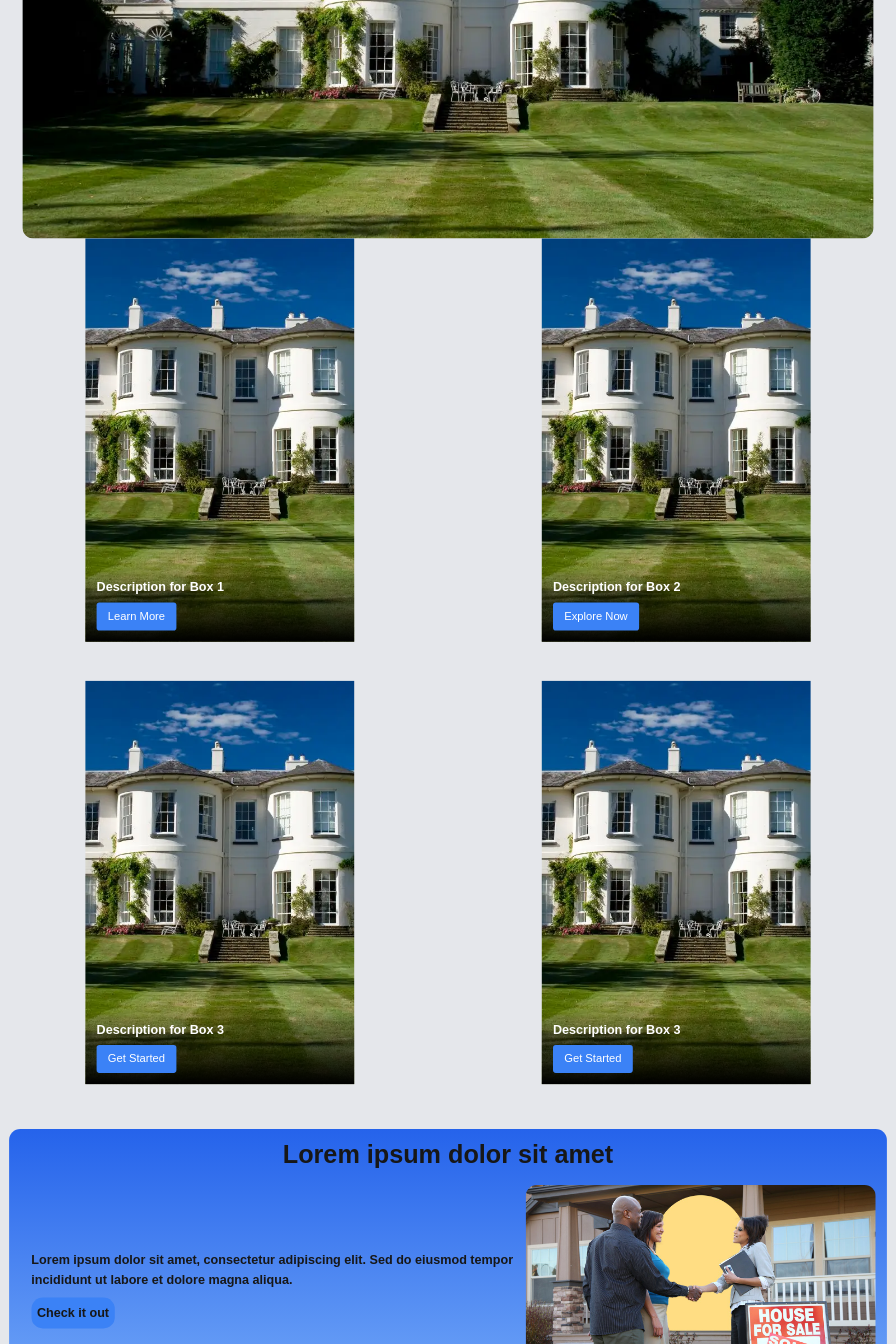
Repository: TMuse333/single-page-real-estate
Page: / (app in frontend/)
An editor plug-in stored every save of this project. The page is shown before and after the next save, followed by the edit.
The browser window is 1280 px wide. The pictures show the part of the page from y = 1214 to 3134 px (the page is 7208 px tall), at 70% of full size.
The project was rebuilt for these pictures with package versions that can differ from the ones it lists, and the page was loaded fresh each time. The framework's server and built-in components were replaced by stand-ins that run in the browser. Also part of the build but not shown: frontend/next.config.mjs.

Above is the page before, as saved 2024-12-05 16:29:59.

### frontend/src/app/layout.tsx
import { ContextProvider } from "@/context/context";
import type { Metadata } from "next";
import localFont from "next/font/local";
import "./globals.css";

const geistSans = localFont({
  src: "./fonts/GeistVF.woff",
  variable: "--font-geist-sans",
  weight: "100 900",
});
const geistMono = localFont({
  src: "./fonts/GeistMonoVF.woff",
  variable: "--font-geist-mono",
  weight: "100 900",
});

export const metadata: Metadata = {
  title: "Bonnie Hutchins",
  description: "A sample website for Bonnie Hutchins",
};

export default function RootLayout({
  children,
}: Readonly<{
  children: React.ReactNode;
}>) {
  return (
    <html lang="en">
      <ContextProvider>


      <body
        className={`${geistSans.variable} ${geistMono.variable} antialiased`}
      >
        {children}
      </body>
      </ContextProvider>
    </html>
  );
}

### frontend/src/app/page.tsx
"use client"


import AuroraHero from "../components/auroraHero/auroraHero";
import CountUpStats from "../components/countUpStats/countUpStats";
import ExperienceCard from "../components/experienceCard/experienceCard";
import { experienceCard1, experienceCard2 ,experienceCard3,
 displayBox1, displayBox2,blogData, closingStatement, contactCard,
interactiveBoxes} from "@/data/data";
// import ImageTextBox from "./components/imageTextBox/imageTextBox";
import DisplayBoxes from "../components/displayBox/displayBox";
import Testimonials from "../components/testimonials/testimonials";
import ScrollCarousel from "../components/scrollCarousel/scrollCarousel";
import Closer from "../components/closer/closer";
import BigNav from "../components/navbar/bigNav";
import Footer2 from "../components/footer/footer";
import ContactCard from "../components/contactCard/contactCard";
import Herobanner from "@/components/herobanner/herobanner";
import home from '../../public/home.webp'
import ScaleImage from "@/components/scaleImage/scaleImage";
import InteractiveBoxes from "@/components/interactiveDisplayBox/interactiveDisplayBox";
export default function Home() {
  return (
    <>

   <main className="relative w-screen overflow-x-hidden
   bg-gray-200 ">
   <BigNav
    excludedLink=""
    />
    {/* <AuroraHero/> */}
    <Herobanner/>
    <CountUpStats
    number1="45"
    number2="15.5"
    number3="20"/>

    <ScaleImage
    src={home.src}
    alt={'slat'}
    />

    <InteractiveBoxes
    boxes={interactiveBoxes}
    />

{/* <ExperienceCard
    {...experienceCard2}
    />

    <DisplayBoxes
    data={displayBox1}
    /> */}



<ExperienceCard
    {...experienceCard3}
    />



    <DisplayBoxes
    data={displayBox2}
    />

  <ExperienceCard
    {...experienceCard1}
    />

    <Testimonials/>

    <ScrollCarousel
    images={blogData}
    bgImage
    />



    <Closer
    {...closingStatement}
    />

<ContactCard
    {...contactCard}
    />

    <Footer2
    excludedLink=""
    />


   </main>
   </>
  );
}

### frontend/src/context/context.tsx
"use client"

import React, { createContext, useState, useContext, ReactNode, useEffect } from 'react';

// Define the type for the context value
interface GeneralContextType {

  isMobile: boolean;
  setIsMobile: React.Dispatch<React.SetStateAction<boolean>>;
  heroInView: boolean;
  setHeroInView: React.Dispatch<React.SetStateAction<boolean>>;


}

// Create the context
export const GeneralContext = createContext<GeneralContextType | undefined>(undefined);

// Create a provider component
export const ContextProvider: React.FC<{ children: ReactNode }> = ({ children }) => {
  // Initialize the value state


  // Detect mobile devices
  const [isMobile, setIsMobile] = useState<boolean>(true);

const [heroInView, setHeroInView] = useState(true)





  useEffect(() => {
    const handleScroll = () => {
      if (typeof window !== 'undefined') {
        setIsMobile(window.innerWidth <= 865);
      }
    };

    if (typeof window !== 'undefined') {
      window.addEventListener('scroll', handleScroll);
      handleScroll(); // Initial check
    }

    return () => {
      if (typeof window !== 'undefined') {
        window.removeEventListener('scroll', handleScroll);
      }
    };
  }, []);


  useEffect(() => {
    console.log('is mobile', isMobile);
  }, [isMobile]);

  const contextValue = {

    isMobile,
    setIsMobile,
    heroInView, setHeroInView

  };

  return <GeneralContext.Provider value={contextValue}>{children}</GeneralContext.Provider>;
};

export const useGeneralContext = (): GeneralContextType => {
  const context = useContext(GeneralContext);
  if (!context) {
    throw new Error('useGeneralContext must be used within a ContextProvider');
  }
  return context;
};

### frontend/src/components/countUpStats/countUpStats.tsx
"use client"
import React, {useRef} from "react";
import CountUp from "react-countup";
import { useInView} from 'framer-motion'

interface Props {
  number1: string;
  number2: string;
  number3: string;
}

const CountUpStats: React.FC<Props> = ({ number1, number2, number3 }) => {

    const ref = useRef(null)
    const inView = useInView(ref,{
        once:true
    })
  return (
    <>
    <section   ref={ref}
    className="mx-auto w-screen max-w-[1200px]
    text-black">
         <h2 className="text-center px-4 font-bold text-2xl sm:text-3xl
         my-12">Lorem ipsum dolor sit amet consectetur adipisicing elit. Possimus, iusto?</h2>
         <p className="font-semibold px-4">
            Lorem ipsum dolor sit amet, consectetur adipisicing elit. Maxime enim dolore autem vitae, neque deserunt itaque minus officia modi repudiandae culpa hic explicabo mollitia rerum dolorem impedit, delectus, voluptatem facilis deleniti perferendis consectetur. Distinctio possimus, asperiores eius quos natus blanditiis. Dolore officiis voluptates architecto at temporibus. Omnis eaque rerum praesentium!
         </p>

    <section

      className="flex mx-auto flex-col justify-center items-center mt-4
      md:flex-row font-semibold"
    >

      {/* Number 1 */}
      <div className="text-2xl mb-6 flex flex-col
      justify-center md:flex-row items-start ">
        <CountUp start={0}
          end={inView ? parseInt(number1) : 0}
         duration={2} />
         &nbsp; millions sold
         <div className="w-[50vw] h-[5px] bg-black mb-6
      md:h-[50px] md:w-[5px] mx-4 " />
      </div>

      {/* Divider */}


      {/* Number 2 */}
      <div className="text-2xl mb-6 flex flex-col
      justify-center md:flex-row items-start ">
        <CountUp start={0}
          end={inView ? parseInt(number2) : 0}
         duration={2} />
         &nbsp; years of experience
         <div className="w-[50vw] h-[5px] bg-black mb-6
      md:h-[50px] md:w-[5px] mx-4 " />
      </div>

      {/* Number 3 */}
      <div className="text-2xl mb-6 flex flex-col
      justify-center md:flex-row items-start mb-auto">
        <CountUp start={0}
          end={inView ? parseInt(number3) : 0}
         duration={2} />
         +&nbsp; happy clients

      </div>
    </section>
    </section>

    <div className="w-[80vw] max-w-[1200px]
    mx-auto h-[5px] bg-black"
    />

    </>
  );
};

export default CountUpStats;

### frontend/src/components/displayBox/displayBox.tsx
import React from "react";
import Image from 'next/image'
import Link from "next/link";


interface ElementProps {
    title:string,
    src:string,
    alt:string,
    description:string,
    buttonText:string,
    destination:string
}

const Element:React.FC<ElementProps> = ({
    title,src,alt,description,buttonText,
    destination
}) => {

    return (
        <section className="w-[90vw] mx-auto flex
        mt-2
        flex-col justify-center items-center relative

        sm:w-[45vw] max-w-[500px] mb-8">
            <h2 className="text-white text-center
            text-2xl mb-4 font-semibold">{title}</h2>
            <Image
            src={src}
            alt={alt}
            width={600}
            height={1300}
            className='w-[40vw]  h-[20vw]
            max-h-[150px] mx-auto object-contain
            max-w-[200px] bg-gray-300 rounded-2xl'
            />
            <p className="text-white my-4 font-semibold">{description}</p>
            <button className="bg-[#00bfff]
            p-2 rounded-2xl text-white">
                <Link href={destination}>
                    {buttonText}
                </Link>
            </button>


        </section>

    )
}

interface DisplayBoxProps {
    data:ElementProps[]
}

    const DisplayBoxes:React.FC<DisplayBoxProps> = ({
        data
    }) => {

        return (
            <section className="w-screen relative
            bg-gradient-to-b from-blue-400 to-blue-300 "
            >


            <section className="flex flex-col
            sm:grid grid-cols-2 justify-center
            items-center max-w-[1200px]
            mx-auto bg-gradient-to-b from-blue-400 to-blue-300
             pt-5">
                <div className="absolute
                top-1/2 w-full
                 sm:top-0
                left-1/2 -translate-x-1/2 h-[5px]
                 md:h-full
                sm:w-[5px] bg-white"/>
                {data.map((data, index) => (
                    <Element
                    {...data}
                    key={index}
                    />
                ))}
            </section>
            </section>

        )
    }


    export default DisplayBoxes

### frontend/src/components/contactCard/contactCard.tsx
import Image from "next/image";
import Link from "next/link";
import React from "react";



interface Props {
    src:string,
    alt:string,
    name:string,
    title:string
    description:string,
    quote:string
    phone:string,
    email:string,
    socials:{
        src:string,
        destination:string,
        alt:string
    }[]
}


const ContactCard:React.FC<Props> = ({
    src,alt,name,
    phone,email,socials,title,quote
}) => {


    return (
        <section className="mx-auto flex flex-col
        md:flex-row max-w-[1200px] my-12">
            <section className="text-center
            md:w-[33vw] max-w-[400px]">
                <h3 className="mb-2 font-bold
                text-3xl">{name}</h3>
                <h4 className="mb-2 font-semibold
                whitespace-pre-line">{title}</h4>
                <p className="mb-2 px-4">{quote}</p>
            </section>
            <section className="md:w-[33vw] max-w-[400px]">
                <Image
                src={src}
                alt={alt}
                className='w-[70vw]
                object-contain mx-auto
                max-w-[200px] hax-h-[250px]'
                width={600}
                height={1300}
                />
            </section>
            <section className="text-center  md:w-[33vw] max-w-[400px]">
                <h3 className="mb-2 text-2xl font-semibold">Contact Information</h3>
                <p className="mb-2 font-semibold">{phone}</p>
                <p className="mb-2 font-semibold whitespace-pre-line

                leading-6">{email}</p>
                {/* <ul className="flex items-center w-full
                ">
                    {socials.map((social,index)=>(
                        <li className="mx-auto"
                        key={index}
                        >
                            <Image
                            src={social.src}
                            alt={social.alt}
                            className='w-[100px]
                            object-contain'
                            width={600}
                            height={1300}
                            />
                            <Link
                            href={social.destination}
                            />
                        </li>
                    ))}
                </ul> */}
            </section>

        </section>
    )
}

export default ContactCard

### frontend/src/components/herobanner/herobanner.tsx
import Image from "next/image";
// import Link from "next/link";
import React from "react";
// import tom from '../../../public/thomas-full-body-1-nogb.png'
// import full from '../../../public/smile-tom.png'
import side from '../../../public/placeholder.png'
import home from '../../../public/home.webp'
import { TypeWriter } from "../typeWriter/typeWriter";
// import half from '../../../public/smiley-tom-half.png'
const Herobanner = () => {

    return (


       <header className="flex flex-col md:flex-row
       md:h-screen relative items-center
       mx-auto max-w-[2200px] text-black
       md:mt-[-4rem]  bg-gray-300"
    //    style={{
    //     background: 'radial-gradient(circle, #00bfff -150%, rgba(0, 191, 255, 0%) 80%)'
    //   }}
      >

        <section className="flex flex-col
        md:w-[50vw] justify-center
        items-center bg-gray-300 py-4">
             <h2 className="mx-auto p-3
             text-center
           text-lg mt-4 font-semibold ">
           Lorem ipsum, dolor sit amet consectetur adipisicing.

            </h2>


            <Image
            src={side}


            height={600}
            width={1300}
            alt='A full body image of Thomas Musial'
            className="w-[80vw] h-[20vh] object-contain mx-auto
           rounded-full bg-gray-600 sm:bg-transparent

            "
            />
            <h1 className="font-semibold
            text-5xl sm:text-6xl md:text-7xl
             mt-4 text-center md:text-start md:pl-6">John doe</h1>
            <p className="mx-auto p-6 font-semibold
            text-xl">
              Lorem ipsum dolor, sit amet consectetur adipisicing elit. Expedita ut aliquam consequuntur perspiciatis natus debitis quam neque dolorum dolorem labore?
            </p>
            <TypeWriter
            />
            {/* <section className="flex mr-auto ml-6">
                <button className="bg-[#00bfff] p-3
                rounded-2xl mr-6">Contact</button>
                <button className="bg-[#00bfff] p-3
                rounded-2xl mr-6">View listings</button>
            </section> */}
            </section>

            <Image
            src={home}


            height={600}
            width={1300}
            alt='A full body image of Thomas Musial'
            className="w-[98vw] md:w-[48vw]  rounded-2xl  object-cover mx-auto
 bg-gray-300  md:block h-[80vh] mt-auto mb-auto


            "
            />






       </header>
    )
}

export default Herobanner

### frontend/src/components/scaleImage/scaleImage.tsx
import Image from "next/image";
import React, { useRef } from "react";
import { motion, useInView, useTransform, useScroll } from "framer-motion";

interface Props {
  src: string;
  alt: string;
}

const ScaleImage: React.FC<Props> = ({ src, alt }) => {
  const ref = useRef(null); // Ref for detecting the viewport visibility
  const isInView = useInView(ref, { margin: "-50%" }); // Trigger when at least 50% of the element is in view

  const { scrollYProgress } = useScroll({
    target: ref,
    offset: ["start end", "end start"], // Start animating when it enters and ends when it leaves
  });

  // Scale from 20vw by 20vw to full width/height
  const scale = useTransform(scrollYProgress, [0.3, 0.45], [0.4, 1]);

  return (
    <section
      ref={ref}
      className="relative w-[95vw] mx-auto h-screen overflow-hidden
      md:h-[80vh]"
    >
      <motion.div
        style={{
          scale, // Bind the scale transform to the scroll progress
        }}
        className="absolute w-full h-full "
      >
        <Image
          src={src}
          alt={alt}
          className="object-cover w-full h-full
          rounded-2xl"
          width={600}
          height={1300}
        />
      </motion.div>
    </section>
  );
};

export default ScaleImage;

### frontend/src/components/interactiveDisplayBox/interactiveDisplayBox.tsx
import Image from "next/image";
import React from "react";

// Define the type for the InteractiveBox component props
interface InteractiveBoxProps {
  src: string;
  alt: string;
  description: string;
  button: string;
}

// InteractiveBox component
const InteractiveBox: React.FC<InteractiveBoxProps> = ({
  src,
  alt,
  description,
  button,
}) => {
  return (
    <div className="relative w-[90vw] sm:w-[45vw] lg:w-[30vw] mx-auto mb-8
    h-[80vh]">
     <Image
     className="absolute h-full w-full
     object-cover"
     src={src}
     alt={alt}
     width={600}
     height={1300}
     />
      <div className="absolute bottom-0 left-0 right-0 p-4 bg-gradient-to-t from-black to-transparent">
        <h3 className="text-white text-lg font-semibold">{description}</h3>
        <button className="mt-2 bg-blue-500 text-white px-4 py-2 rounded">
          {button}
        </button>
      </div>
    </div>
  );
};

// Define the type for the InteractiveBoxes component props
interface InteractiveBoxesProps {
  boxes: InteractiveBoxProps[];
}

// InteractiveBoxes component
const InteractiveBoxes: React.FC<InteractiveBoxesProps> = ({ boxes }) => {
  return (
    <div className="grid grid-cols-1 md:grid-cols-2 gap-6">
      {boxes.map((box, index) => (
        <InteractiveBox
          key={index}
          src={box.src}
          alt={box.alt}
          description={box.description}
          button={box.button}
        />
      ))}
    </div>
  );
};

// Example usage in an App component


export default InteractiveBoxes;

Loaded but not shown: frontend/src/app/globals.css (common file); frontend/tailwind.config.ts (common file); frontend/src/components/navbar/bigNav.tsx (512 lines, source omitted); frontend/src/data/data.ts (202 lines, source omitted); frontend/src/components/experienceCard/experienceCard.tsx (191 lines, source omitted); frontend/src/components/testimonials/testimonials.tsx (127 lines, source omitted); frontend/src/components/scrollCarousel/scrollCarousel.tsx (161 lines, source omitted); frontend/src/components/footer/footer.tsx (178 lines, source omitted); frontend/src/components/typeWriter/typeWriter.tsx (129 lines, source omitted); frontend/src/components/slidingText/slidingText.tsx (85 lines, source omitted); frontend/src/components/closer/closer.tsx (107 lines, source omitted)

After the next save:
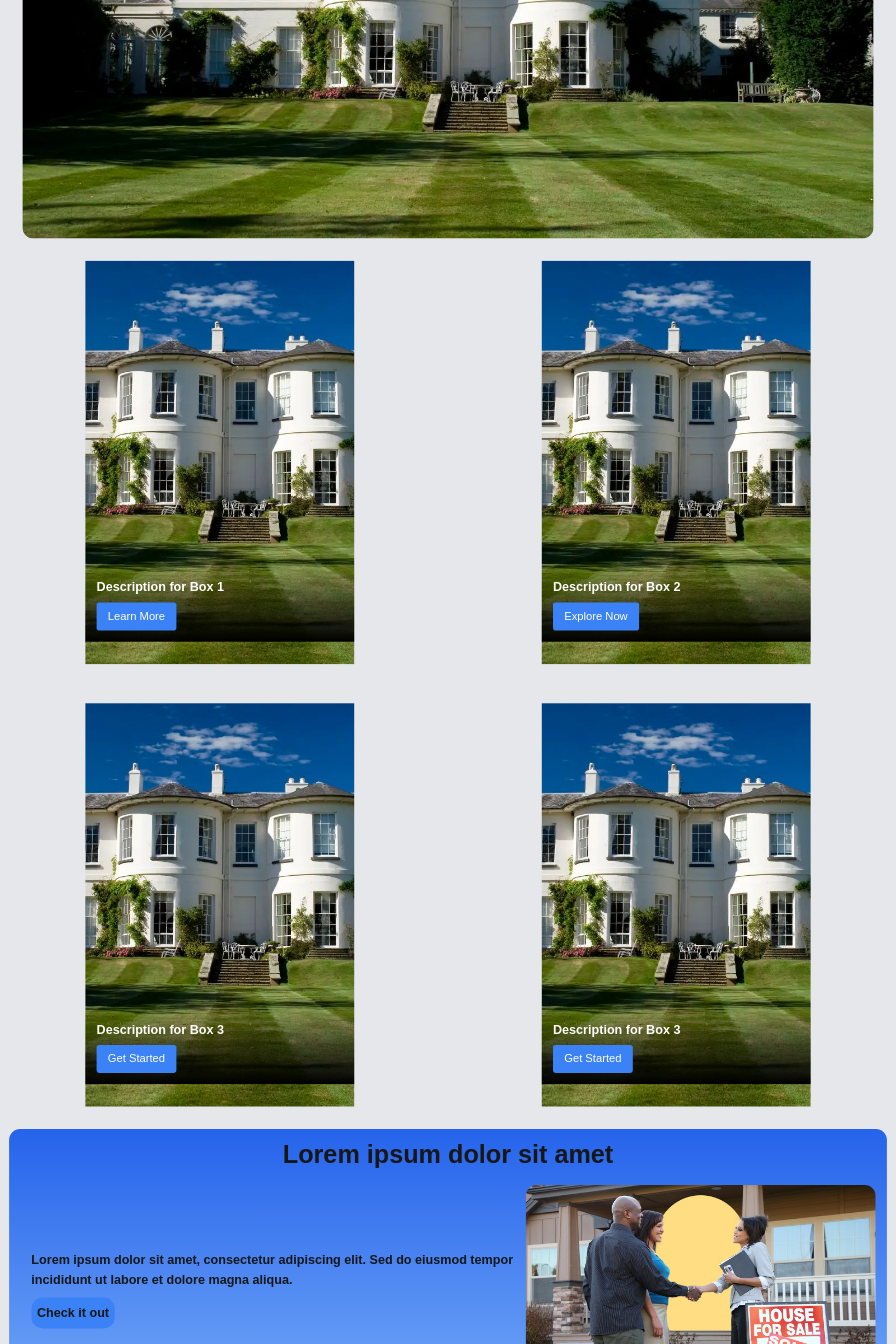
Saved 15 s later.
--- a/frontend/src/components/interactiveDisplayBox/interactiveDisplayBox.tsx
+++ b/frontend/src/components/interactiveDisplayBox/interactiveDisplayBox.tsx
@@ -21,7 +21,7 @@
     h-[80vh]">
      <Image
      className="absolute h-full w-full
-     object-cover"
+     object-cover translate-y-[2rem]"
      src={src}
      alt={alt}
      width={600}

After the 2 saves that followed:
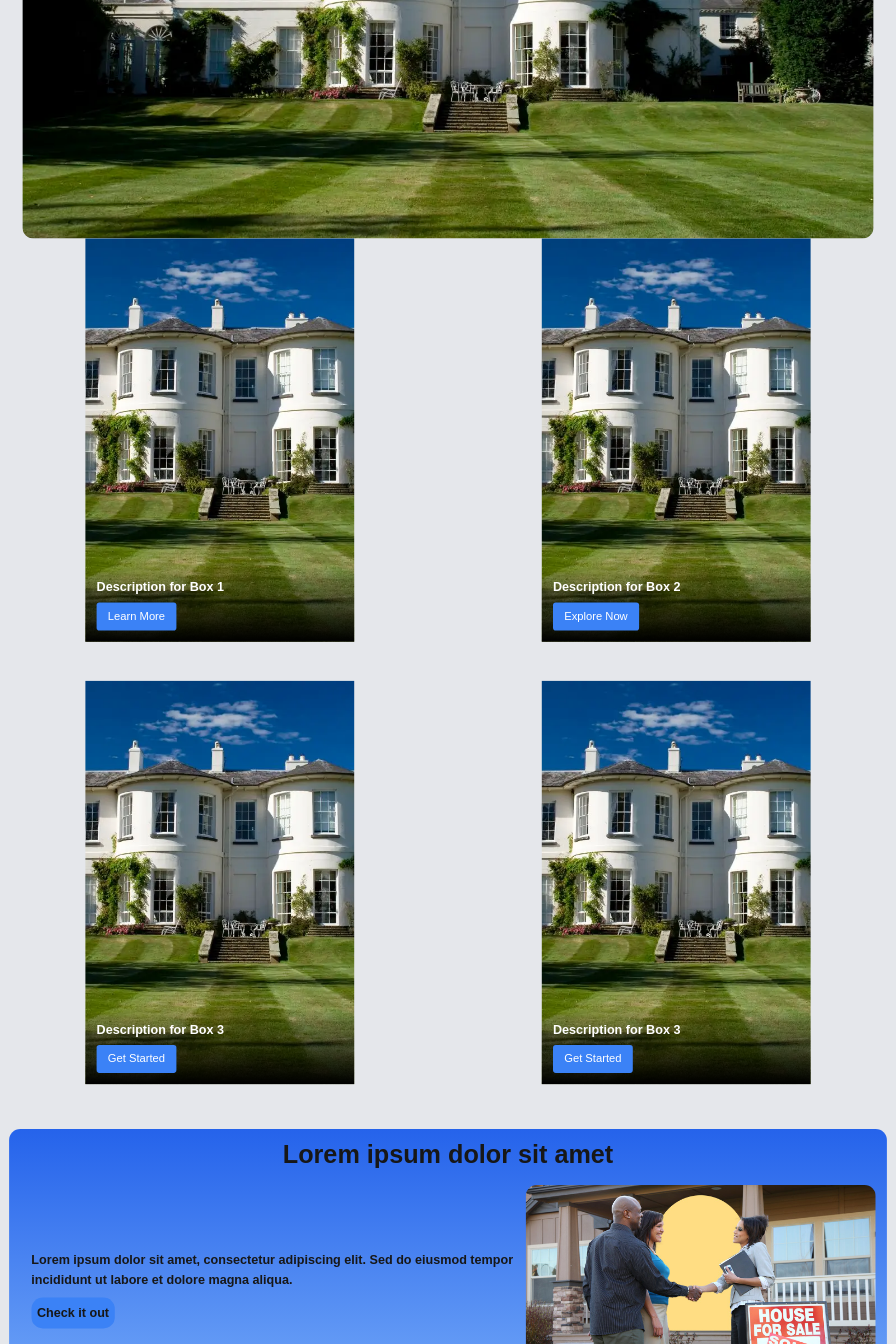
The 2 saves are shown as one change because 1 left the picture as it was.
The last was saved 11 s later.
--- a/frontend/src/components/interactiveDisplayBox/interactiveDisplayBox.tsx
+++ b/frontend/src/components/interactiveDisplayBox/interactiveDisplayBox.tsx
@@ -21,7 +21,7 @@
     h-[80vh]">
      <Image
      className="absolute h-full w-full
-     object-cover translate-y-[2rem]"
+     object-cover "
      src={src}
      alt={alt}
      width={600}
